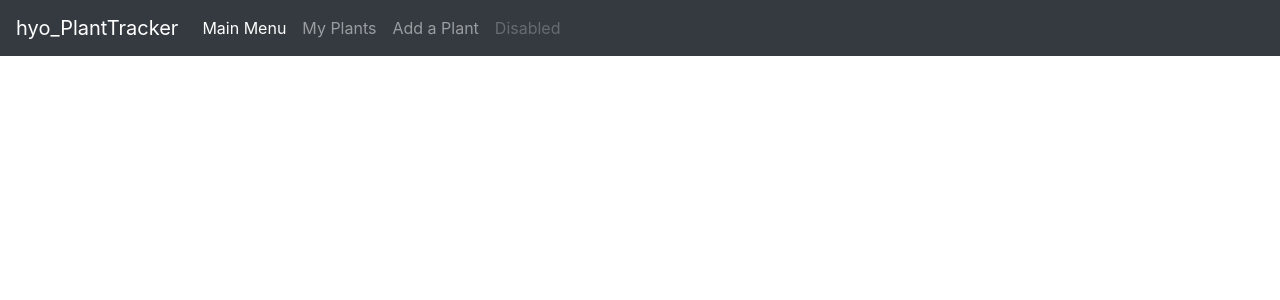
Repository: emersonwilliams/HYO_PlantTracker
Page: capstone_app/plant_tracker/templates/myplants.html
An editor plug-in stored every save of this project. The page is shown before and after the next save, followed by the edit.
The browser window is 1280 px wide. The pictures show the whole page.

Above is the page before, as saved 2020-08-01 22:33:54.

### capstone_app/plant_tracker/templates/myplants.html
<!-- this is the page where you can see all of your plants -->

<!DOCTYPE html>
<html lang="en">
<head>
    <meta charset="UTF-8">
    <title>Title</title>
    <link rel="stylesheet" href="https://stackpath.bootstrapcdn.com/bootstrap/4.5.0/css/bootstrap.min.css" integrity="sha384-9aIt2nRpC12Uk9gS9baDl411NQApFmC26EwAOH8WgZl5MYYxFfc+NcPb1dKGj7Sk" crossorigin="anonymous">

</head>

<body>

    <nav class="navbar navbar-expand-lg navbar-dark bg-dark">
    <a class="navbar-brand" href="#">hyo_PlantTracker</a>
    <button class="navbar-toggler" type="button" data-toggle="collapse" data-target="#navbarNavAltMarkup" aria-controls="navbarNavAltMarkup" aria-expanded="false" aria-label="Toggle navigation">
      <span class="navbar-toggler-icon"></span>
    </button>
    <div class="collapse navbar-collapse" id="navbarNavAltMarkup">
      <div class="navbar-nav">
        <a class="nav-item nav-link active" href="#">Main Menu <span class="sr-only">(current)</span></a>
        <a class="nav-item nav-link" href="#">My Plants</a>
        <a class="nav-item nav-link" href="#">Add a Plant</a>
        <a class="nav-item nav-link disabled" href="#" tabindex="-1" aria-disabled="true">Disabled</a>
      </div>
    </div>
  </nav>

    <div class="container">
    <!-- Content here -->
    </div>

</body>

After the next save:
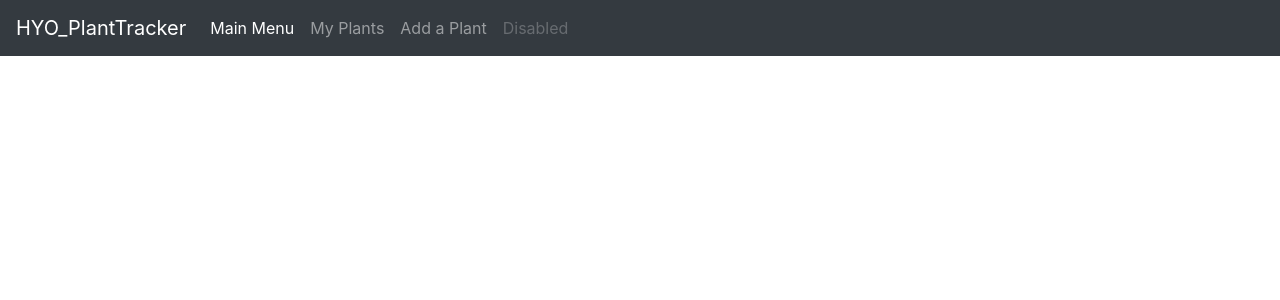
Saved 19 s later.
--- a/capstone_app/plant_tracker/templates/myplants.html
+++ b/capstone_app/plant_tracker/templates/myplants.html
@@ -12,7 +12,7 @@
 <body>
 
     <nav class="navbar navbar-expand-lg navbar-dark bg-dark">
-    <a class="navbar-brand" href="#">hyo_PlantTracker</a>
+    <a class="navbar-brand" href="#">HYO_PlantTracker</a>
     <button class="navbar-toggler" type="button" data-toggle="collapse" data-target="#navbarNavAltMarkup" aria-controls="navbarNavAltMarkup" aria-expanded="false" aria-label="Toggle navigation">
       <span class="navbar-toggler-icon"></span>
     </button>
